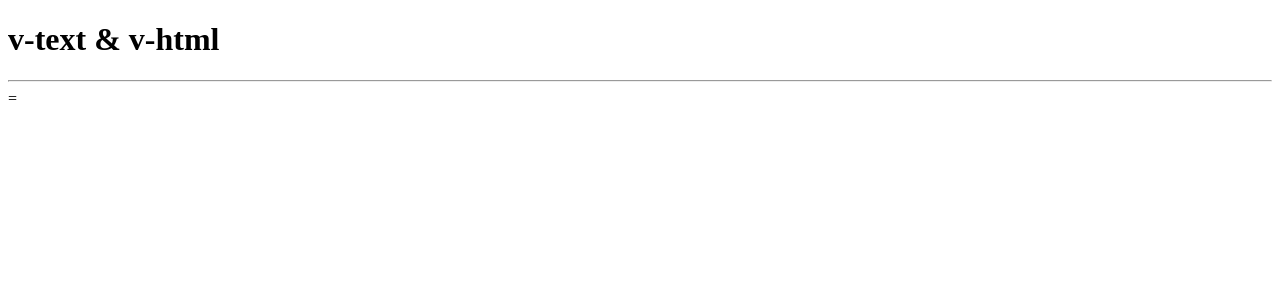
Repository: 13982720426/vue2.0-LearningNotes
Page: example/v-text.html
The author's editor kept a copy of each file at every save. The page is drawn from the files as they stood at one save, then again after the next save.
The browser window is 1280 px wide. The pictures show the whole page.

Above is the page before, as saved 2021-06-17 19:44:58.

### example/v-text.html
<!DOCTYPE html>
<html lang="en">
  <head>
    <meta charset="UTF-8" />
    <meta http-equiv="X-UA-Compatible" content="IE=edge" />
    <meta name="viewport" content="width=device-width, initial-scale=1.0" />
    <title>v-text & v-html</title>
    <script type="text/javascript" src="../assets/js/vue.js"></script>
  </head>
  <body>
    <h1>v-text & v-html</h1>
    <hr />
    <div id="app">
      <span>{{ message }}</span>
      =
      <span v-text="message"></span>
      <br />
    </div>
    <script type="text/javascript">
      var app = new Vue({
        el: '#app',
        data: {
          messge: 'hello world',
        },
      });
    </script>
  </body>
</html>

Loaded but not shown: assets/js/vue.js (library)

After the next save:
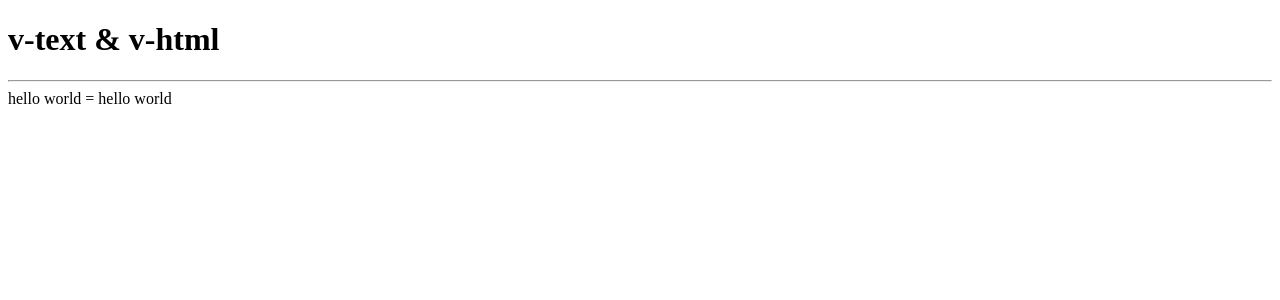
Saved 16 s later.
--- a/example/v-text.html
+++ b/example/v-text.html
@@ -20,7 +20,7 @@
       var app = new Vue({
         el: '#app',
         data: {
-          messge: 'hello world',
+          message: 'hello world',
         },
       });
     </script>
